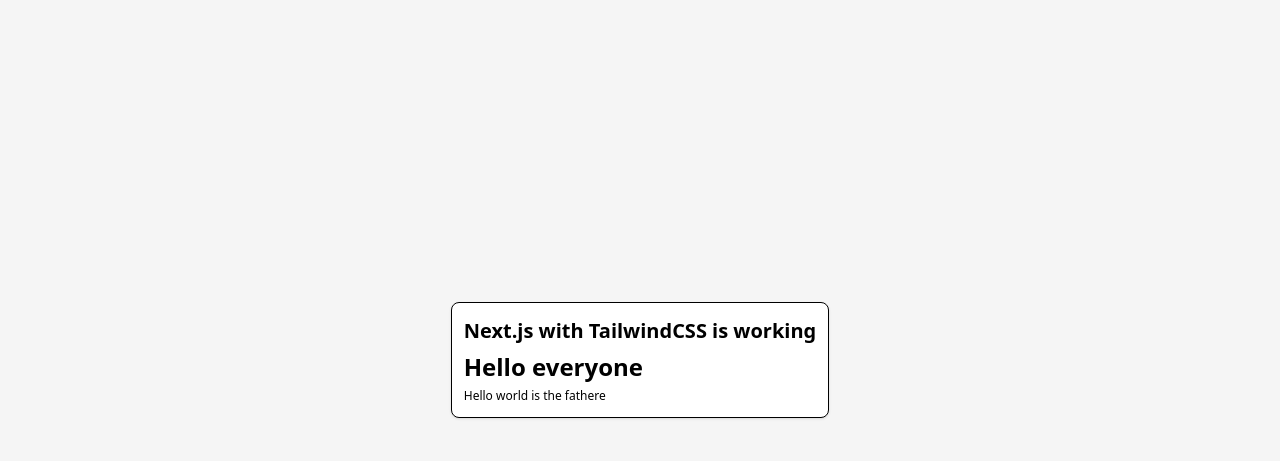
Repository: vignesh33654/resizablesidebar
Page: /
The author's editor kept a copy of each file at every save. The page is drawn from the files as they stood at one save, then again after a run of saves.
The browser window is 1280 px wide. The pictures show the whole page.
The project was rebuilt for these pictures with package versions that can differ from the ones it lists, and the page was loaded fresh each time.

Above is the page before, as saved 2025-11-11 12:15:16.

### index.html
<!doctype html>
<html lang="en">
  <head>
    <meta charset="UTF-8" />
    <link rel="icon" type="image/svg+xml" href="/vite.svg" />
    <meta name="viewport" content="width=device-width, initial-scale=1.0" />
    <title>ai-app</title>
  </head>
  <body>
    <div id="root"></div>
    <script type="module" src="/src/main.tsx"></script>
  </body>
</html>

### src/index.css
@import "tailwindcss";

@theme {

  --font-display: "inter";

  --color-primary: #37352f;
  --color-secondary: #ff0000;
  --color-tertiary: #ff00ff;
  --color-disabled: #d5d5d4;
  --color-white: #ffffff;
  --color-primary: #0d99ff;
  --color-success: #14ae5c;
  --color-failure: #f24822;
  --color-warning: #ffcd29;
  --color-Bg-0: #ffffff;
  --color-Bg-1: #f5f5f5;
  --color-Bg-2: #f1f0f1;
  --color-border-primary:#e6e6e6;

--text--h1{
  font-size: 30px;
}
--text-h1: 30px;
--text-h2: 24px;
--text-h3: 20px;
--text-body-16: 16px;
--text-body-14: 14px;
--text-body-13: 13px;
--text-small-12: 12px;
--text-small-11: 11px;
--text-small-10: 10px;
}
@layer base {
 typeography h1 {
    font-size: var(--text-h1);
    font-weight: 600;
    line-height: 40px;
    letter-spacing: -2.1%;
  }
  h2 {
    font-size: var(--text-h2);
    font-weight: 600;
    line-height: 32px;
    letter-spacing: -1.9%;
  }
  h3 {
    font-size: var(--text-h3);
    font-weight: 600;
    line-height: 32px;
    letter-spacing: -1.7%;
  }
  p {
    font-size: var(--text-body-16);
    font-weight: 400;
    line-height: 24px;
    letter-spacing: -1.1%;
  }
}

### src/App.tsx


export default function App() {
  return (
    <div className="min-h-screen bg-Bg-1 flex items-center justify-center p-8">
      <div className="bg-Bg-0 border border-border-Primary rounded-lg p-3 flex gap-3 max-w-[620px] shadow-sm">
        {/* Content */}
        <div className="flex flex-col gap-1">
          <h3>
            Next.js with TailwindCSS is working
          </h3>
          <h2>Hello everyone</h2>
          <div className="text-small-12">
            Hello world is the fathere
          </div>
      </div>
      </div>
    </div>
  )
}

Loaded but not shown: src/main.tsx (common file)

After the next 2 saves:
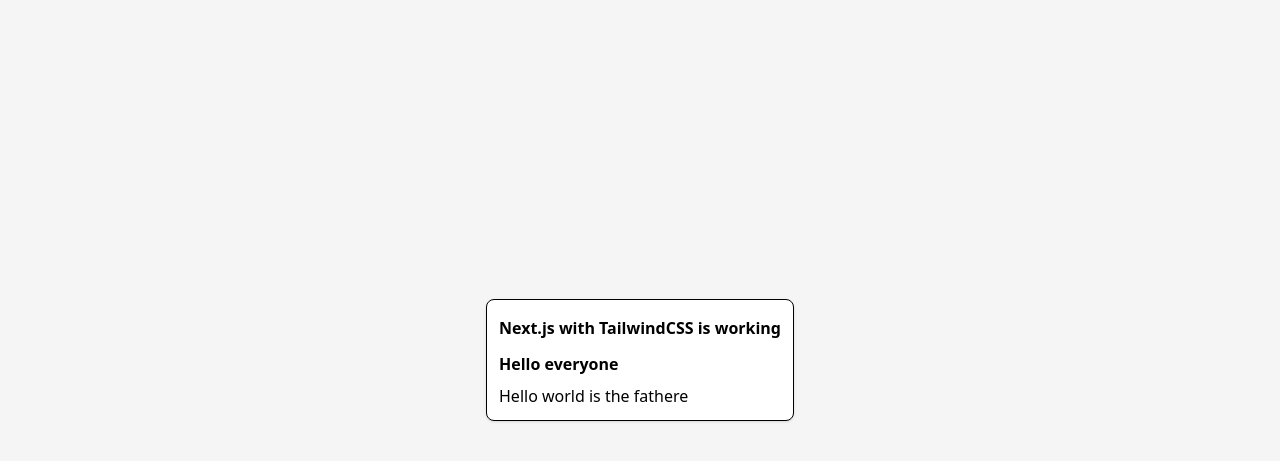
The 2 saves are shown as one change because they came seconds apart.
The last was saved 6 s later.
--- a/src/index.css
+++ b/src/index.css
@@ -20,16 +20,22 @@
 
 --text--h1{
   font-size: 30px;
+  font-weight: 600;
+  line-height: 40px;
+  letter-spacing: -2.1%;
 }
---text-h1: 30px;
---text-h2: 24px;
---text-h3: 20px;
---text-body-16: 16px;
---text-body-14: 14px;
---text-body-13: 13px;
---text-small-12: 12px;
---text-small-11: 11px;
---text-small-10: 10px;
+--text--h2{
+  font-size: 24px;
+  font-weight: 600;
+  line-height: 32px;
+  letter-spacing: -1.9%;
+}
+--text--h3{
+  font-size: 20px;
+  font-weight: 600;
+  line-height: 32px;
+  letter-spacing: -1.7%;
+}
 }
 @layer base {
  typeography h1 {
